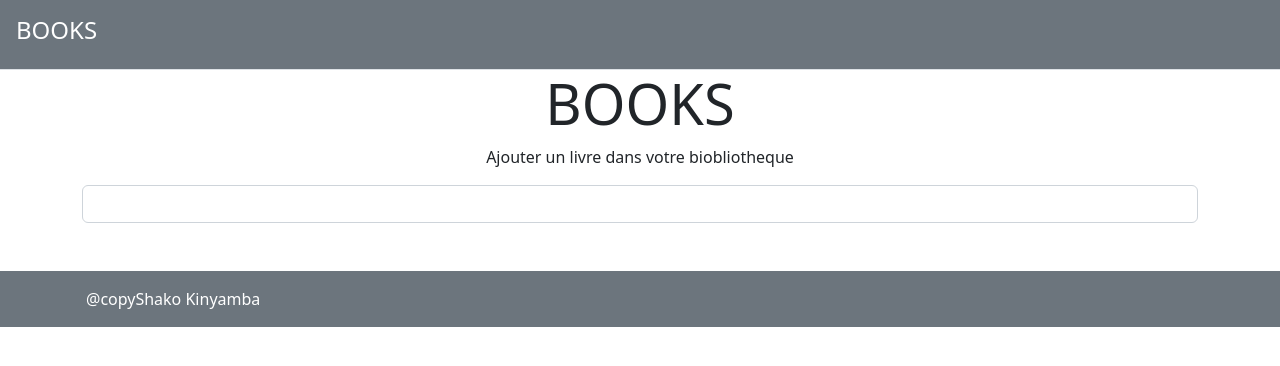
Repository: SKB-TECH/Books
Page: /
The author's editor kept a copy of each file at every save. The page is drawn from the files as they stood at one save, then again after the next save.
The browser window is 1280 px wide. The pictures show the whole page.
The project was rebuilt for these pictures with package versions that can differ from the ones it lists, and the page was loaded fresh each time. Also part of the build but not shown: vite.config.js.

Above is the page before, as saved 2022-11-09 15:44:18.

After the next save:
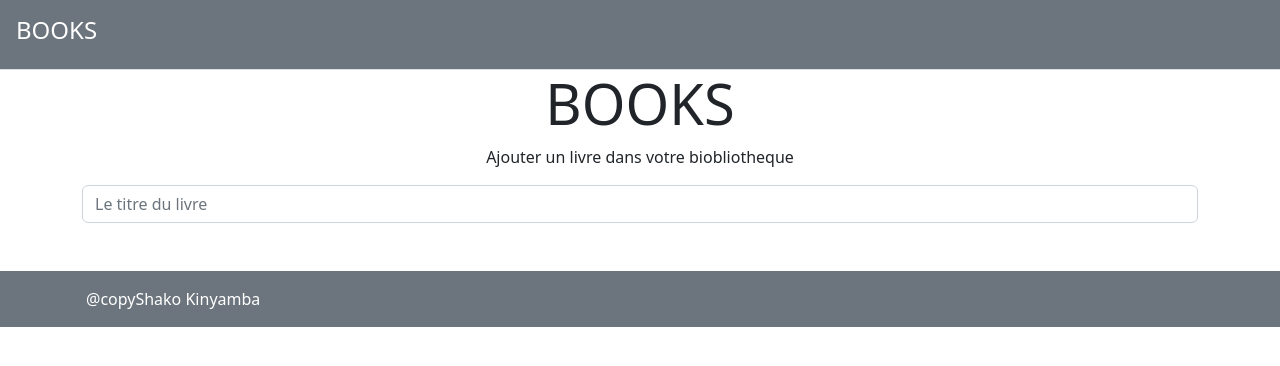
Saved 7 s later.
--- a/src/Containers/AddBooks.jsx
+++ b/src/Containers/AddBooks.jsx
@@ -16,7 +16,7 @@ const AddBooks = () => {
                         <div className='form-group'>
                             <input type="text"
                                 className='form-control'
-                                placeholder=''
+                                placeholder='Le titre du livre'
                                 required
                             />
                         </div>
